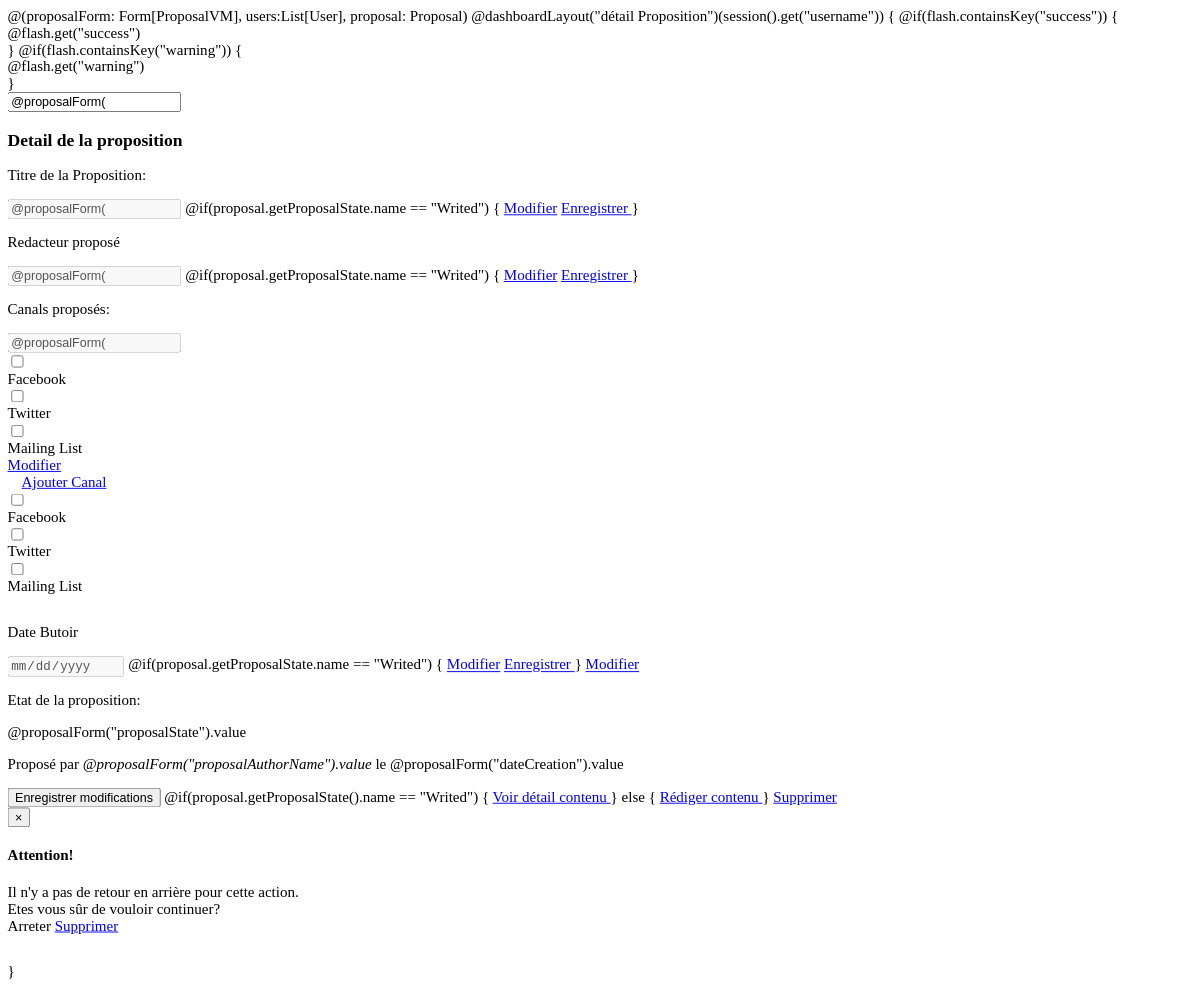
Repository: spirale-software/labo_master
Page: Application/oneDotCom/app/views/proposalDetail.scala.html
An editor plug-in stored every save of this project. The page is shown before and after the next save, followed by the edit.
The browser window is 1280 px wide. The pictures show the whole page, at 94% of full size.

Above is the page before, as saved 2017-04-17 15:21:02.

### Application/oneDotCom/app/views/proposalDetail.scala.html
@(proposalForm: Form[ProposalVM], users:List[User], proposal: Proposal)

@dashboardLayout("détail Proposition")(session().get("username")) {
	<meta content="text/html; charset=UTF-8" http-equiv="Content-Type">

	@if(flash.containsKey("success")) {
		<div class="alert alert-success" role="alert"> @flash.get("success") </div>
	}
	@if(flash.containsKey("warning")) {
		<div class="alert alert-warning" role="alert"> @flash.get("warning") </div>
	}

	<form action="@routes.ProposalController.editProposalAction()" method="post" id="formId">

		 <input type="text" class="hidden" value="@proposalForm("idProposal").value"  name="@proposalForm("idProposal").name" >

	 <div class="panel panel-default detail-proposal-style">
                <div class="panel-heading">
                    <h3 class="panel-title">Detail de la proposition</h3>
                </div>
                <div class="panel-body">
                    <div class="panel panel-default" style="margin-top: 10px">
                        <div class="panel-body">
                            <p class="col-lg-3 col-md-3 ">Titre de la Proposition: </p>
                            <input type="text" class="col-lg-6 col-md-6" id="titleId" disabled
                            	value="@proposalForm("proposalName").value"  name="@proposalForm("proposalName").name">

                            @if(proposal.getProposalState.name == "Writed")	{
	                            <a class="col-lg-3 col-md-3 " href="#" onclick ="enabledTitle()" id="idEditTitle">Modifier</a>
	                            <a class="hidden" href="#" onclick ="saveTitle()" id="idSaveTitle">
	                            	Enregistrer
	                            </a>
                            }

                        </div>
                    </div>

                    <div class="panel panel-default">
                        <div class="panel-body">

                        	<p class="col-lg-3 col-md-3 ">Redacteur proposé </p>
                            <input type="text" class="col-lg-6 col-md-6" id="writerId" disabled value = "@proposalForm("proposedWriter").value"
                            	name = "@proposalForm("proposedWriter").name" list="suggestions">

                            	@if(proposal.getProposalState.name == "Writed")	{
		                            <a class="col-lg-3 col-md-3 " href="#" onclick ="enabledWriter()" id="idEditWriter">Modifier</a>
		                            <a class="hidden" href="#" onclick ="saveWriter()" id="idSaveWriter">
		                            	Enregistrer
		                            </a>
                            	}


                            <datalist id="suggestions">
                    			@for(user <- users) {
                    				<option value="@user.getUsername()   <<@user.getEmail()>>">
                    			}
                    </datalist>

                        </div>
                    </div>


                    <div class="panel panel-default">
                        <div class="panel-body">

                        	<p class="col-lg-3 col-md-3 ">Canals proposés: </p>
                            <input type="text" class="col-lg-6 col-md-6" id="channelsId" disabled
                            	value="@proposalForm("proposedChannels").value"  name="@proposalForm("proposedChannels").name">


                            <div class="row proposal-collapse col-lg-6 col-md-6 hidden" id="listChannels">

							    <div class="input-group">
							      <span class="input-group-addon">
							        <input type="checkbox" name="@proposalForm("facebookProposed").name">
							      </span>
							      <div class=" form-control well well-sm">Facebook</div>
							    </div><!-- /input-group -->

							    <div class="input-group">
							      <span class="input-group-addon">
							        <input type="checkbox" name="@proposalForm("twitterProposed").name">
							      </span>
							      <div class=" form-control well well-sm">Twitter</div>
							    </div><!-- /input-group -->

							    <div class="input-group">
							      <span class="input-group-addon">
							        <input type="checkbox" name="@proposalForm("mailingListProposed").name">
							      </span>
							      <div class=" form-control well well-sm">Mailing List</div>
							    </div><!-- /input-group -->

							</div><!-- /.row -->

                            <a class="col-lg-3 col-md-3" href="#" onclick ="enabledChannelsEdition()">Modifier</a>

                        </div>
                    </div>


                    <div class="panel panel-default">
                        <div class="panel-body" style="padding-bottom:15px">

                        	<a  role="button" data-toggle="collapse" href="#collapseExample" aria-expanded="false"
                        		aria-controls="collapseExample" style="margin-left:15px;">
  								Ajouter Canal
							</a>

							<div class="collapse" id="collapseExample">

  								<div class="input-group">
							      <span class="input-group-addon">
							        <input type="checkbox" name="@proposalForm("facebookAdded").name">
							      </span>
							      <div class=" form-control well well-sm">Facebook</div>
							    </div><!-- /input-group -->

							    <div class="input-group">
							      <span class="input-group-addon">
							        <input type="checkbox" name="@proposalForm("twitterAdded").name" >
							      </span>
							      <div class=" form-control well well-sm">Twitter</div>
							    </div><!-- /input-group -->

							    <div class="input-group">
							      <span class="input-group-addon">
							        <input type="checkbox" name="@proposalForm("mailingListAdded").name">
							      </span>
							      <div class=" form-control well well-sm">Mailing List</div>
							    </div><!-- /input-group -->
							</div>

                        </div>
                    </div>


                    <div class="panel panel-default">
                        <div class="panel-body">
                            <p class="col-lg-3 col-md-3 ">Date Butoir </p>
                            <input type="date" class="col-lg-6 col-md-6" id="dateId" disabled
                            	value="@proposalForm("deadLine").value"  name="@proposalForm("deadLine").name">

                            	@if(proposal.getProposalState.name == "Writed")	{
		                            <a class="col-lg-3 col-md-3 " href="#" onclick ="enabledDate()" id="idEditDate">Modifier</a>
		                            <a class="hidden" href="#" onclick ="saveDate()" id="idSaveDate">
		                            	Enregistrer
		                            </a>
                            	}


                            <a class="col-lg-3 col-md-3 " href="#" onclick ="enabledDateEdition()">Modifier</a>
                        </div>
                    </div>

                    <div class="panel panel-default">
                        <div class="panel-body">
                            <p class="col-lg-3 col-md-3 ">Etat de la proposition: </p>
                            <p class="col-lg-9 col-md-9">@proposalForm("proposalState").value</p>
                        </div>
                    </div>

                    <div class="panel panel-default">
                        <div class="panel-body">
                            <p>Proposé par <em class="text-primary">@proposalForm("proposalAuthorName").value</em>
                             	le @proposalForm("dateCreation").value</p>
                        </div>
                    </div>

                    <div style="margin-bottom: 30px">
	                	<button type="submit" class="btn btn-primary" name="action" value="edit">
	                		Enregistrer modifications
	                	</button>

	                	@if(proposal.getProposalState().name == "Writed") {
	                		<a href="@routes.ProposalContentController.detailPropContAction(proposal.getIdProposal())" class="btn btn-primary" >
	                			Voir détail contenu
	                		</a>
	                	} else {
	                		<a href="@routes.ProposalContentController.proposalContentAction(proposal.getIdProposal())" class="btn btn-primary">
	                			Rédiger contenu
	                		</a>
	                	}



	               		<a href="#" class="btn btn-danger" name="action" value="delete"  id="sup"
	               			data-toggle="modal" data-target="#myModal">
	               			Supprimer
	               		</a>

	               		<!-- [Modal] -->
						<div class="modal fade" id="myModal" tabindex="-1" role="dialog" aria-labelledby="myModalLabel">
						  <div class="modal-dialog" role="document">
						    <div class="modal-content">
						      <div class="modal-header">
						        <button type="button" class="close" data-dismiss="modal" aria-label="Close"><span aria-hidden="true">&times;</span></button>
						        <h4 class="modal-title" id="myModalLabel">Attention!</h4>
						      </div>
						      <div class="modal-body">
						        Il n'y a pas de retour en arrière pour cette action.<br>
						        Etes vous sûr de vouloir continuer?
						      </div>
						      <div class="modal-footer">
						        <a type="button" class="btn btn-primary" data-dismiss="modal">Arreter</a>
						        <a href = "@routes.ProposalController.deleteProposalAction(proposalForm("idProposal").value)"
						        	type="button" class="btn btn-danger">Supprimer</a>
						      </div>
						    </div>
						  </div>
						</div>
						<!-- [/Modal] -->

                    </div>
                </div>
            </div>

            </form>

            <script>
            	<!-- Title-->
            	function enabledTitle() {
            		enabled("titleId", "idSaveTitle", "idEditTitle");
            	}
            	function saveTitle() {
            		enabled("titleId", "idSaveTitle", "idEditTitle");
            	}
            	<!-- /Title-->

            	<!-- Proposed Writer -->
            	function enabledProposedWriter() {
            		enabled("writerId", "saveWriter", "editWriter")
            	}

            	<!-- /Proposed Writer -->

            	<!-- Channels -->
            	function enabledChannelsEdition() {
            		document.getElementById("channelsId").hidden = true;
            		document.getElementById("listChannels").className = "row proposal-collapse col-lg-6 col-md-6";
            	} <!-- /Channels -->

            	<!-- dateLine -->
            	function enabledDateEdition() {
            		enabled()
            		document.getElementById("dateId").disabled = false;
            	} <!-- /dateLine -->


            	function enabled(inputId, saveId, editId) {
					document.getElementById(inputId).disabled = false;

            		document.getElementById(saveId).hidden = false;
            		document.getElementById(saveId).className = "col-lg-3 col-md-3"

            		document.getElementById(editId).hidden = true;
            	}

            	function save(inputId, saveId, editId) {
            		document.getElementById(saveId).hidden = true;
            		document.getElementById(inputId).disabled = true;

            		document.getElementById(editId).hidden = false;
            		document.getElementById(editId).className = "col-lg-3 col-md-3";
            	}

            </script>




}

After the next save:
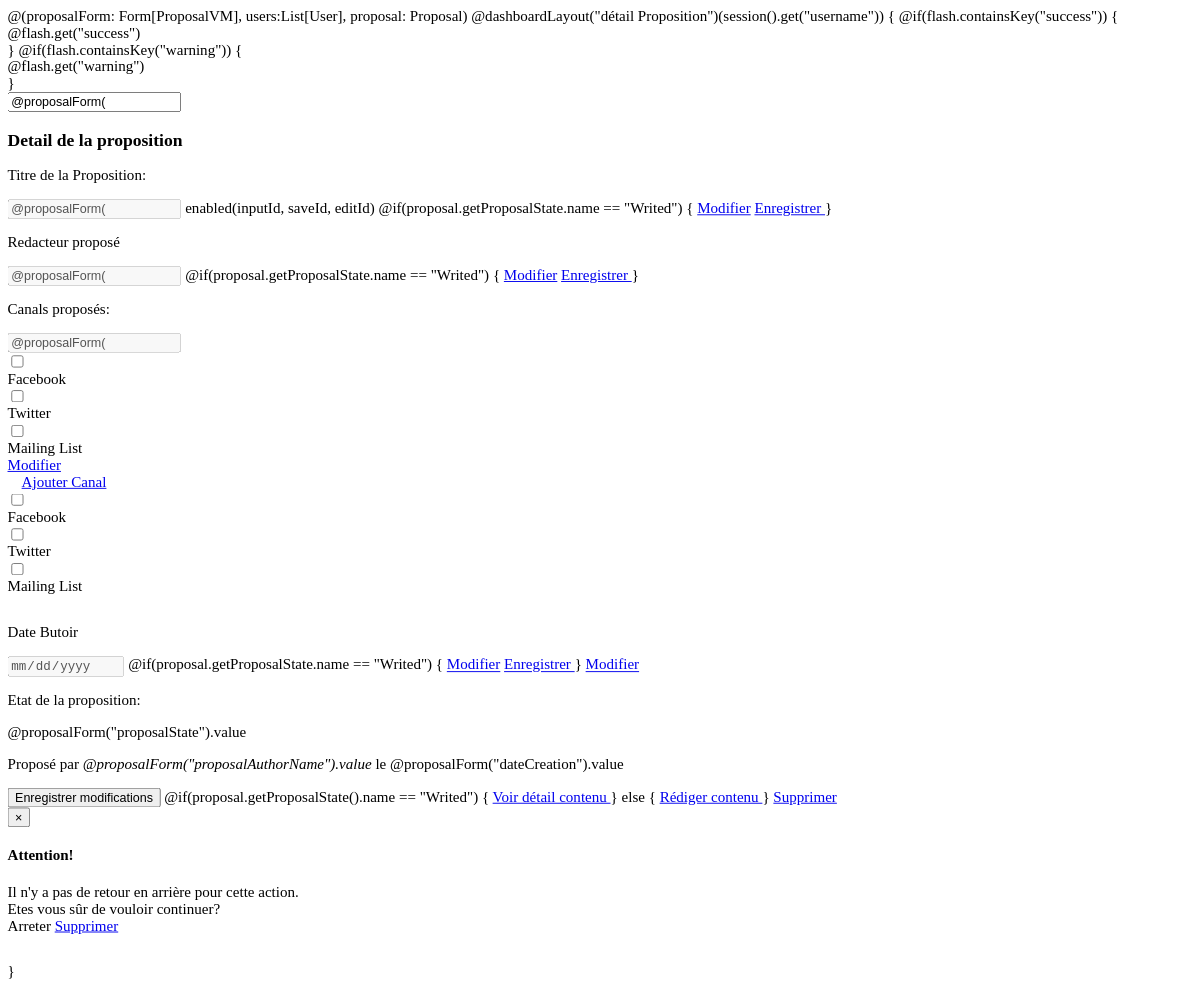
Console error (its wording comes from the project's code and is left out).
Saved 2 min 34 s later.
--- a/Application/oneDotCom/app/views/proposalDetail.scala.html
+++ b/Application/oneDotCom/app/views/proposalDetail.scala.html
@@ -25,8 +25,10 @@
                             <input type="text" class="col-lg-6 col-md-6" id="titleId" disabled
                             	value="@proposalForm("proposalName").value"  name="@proposalForm("proposalName").name">
 
+                            	enabled(inputId, saveId, editId)
+
                             @if(proposal.getProposalState.name == "Writed")	{
-	                            <a class="col-lg-3 col-md-3 " href="#" onclick ="enabledTitle()" id="idEditTitle">Modifier</a>
+	                            <a class="col-lg-3 col-md-3 " href="#" onclick ="enabled("titleId", "idSaveTitle", "idEditTitle")" id="idEditTitle">Modifier</a>
 	                            <a class="hidden" href="#" onclick ="saveTitle()" id="idSaveTitle">
 	                            	Enregistrer
 	                            </a>

After the 3 saves that followed:
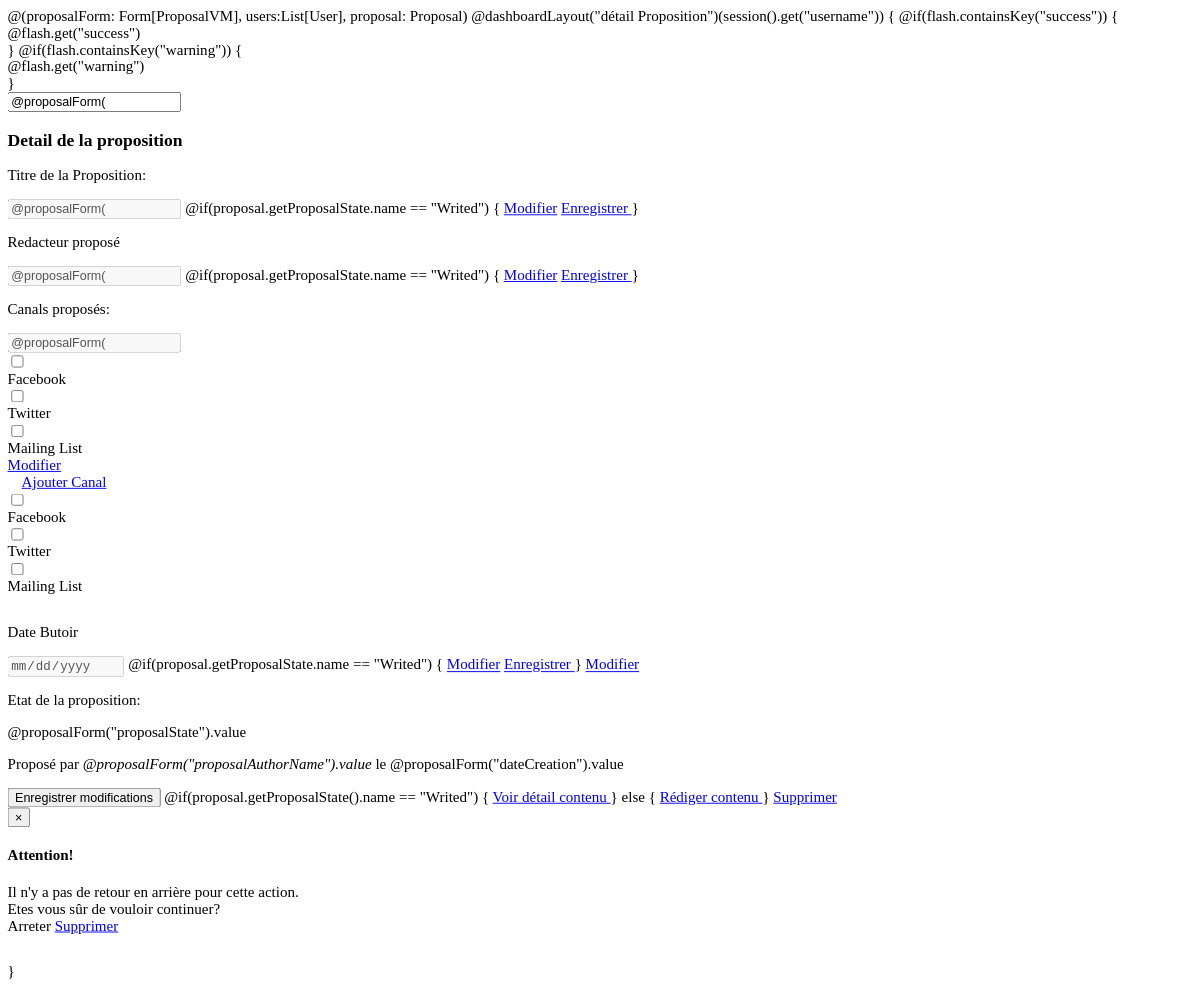
The error is gone.
The 3 saves are shown as one change because 2 left the picture as it was.
The last was saved 89 s later.
--- a/Application/oneDotCom/app/views/proposalDetail.scala.html
+++ b/Application/oneDotCom/app/views/proposalDetail.scala.html
@@ -25,10 +25,8 @@
                             <input type="text" class="col-lg-6 col-md-6" id="titleId" disabled
                             	value="@proposalForm("proposalName").value"  name="@proposalForm("proposalName").name">
 
-                            	enabled(inputId, saveId, editId)
-
                             @if(proposal.getProposalState.name == "Writed")	{
-	                            <a class="col-lg-3 col-md-3 " href="#" onclick ="enabled("titleId", "idSaveTitle", "idEditTitle")" id="idEditTitle">Modifier</a>
+	                            <a class="col-lg-3 col-md-3 " href="#" onclick ="enabledTitle()" id="idEditTitle">Modifier</a>
 	                            <a class="hidden" href="#" onclick ="saveTitle()" id="idSaveTitle">
 	                            	Enregistrer
 	                            </a>
